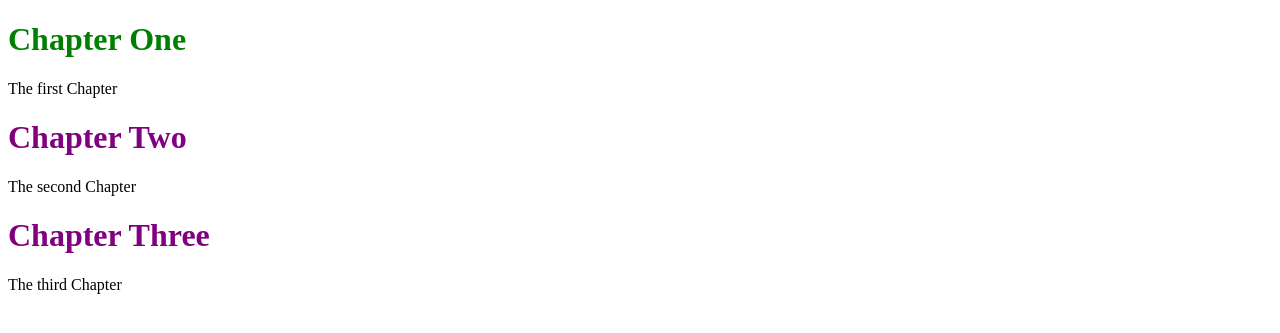
Repository: rajregmi98/metaintroductiontobackend
Page: i.html
An editor plug-in stored every save of this project. The page is shown before and after the next save, followed by the edit.
The browser window is 1280 px wide. The pictures show the whole page.

Above is the page before, as saved 2022-09-19 15:46:45.

After the next save:
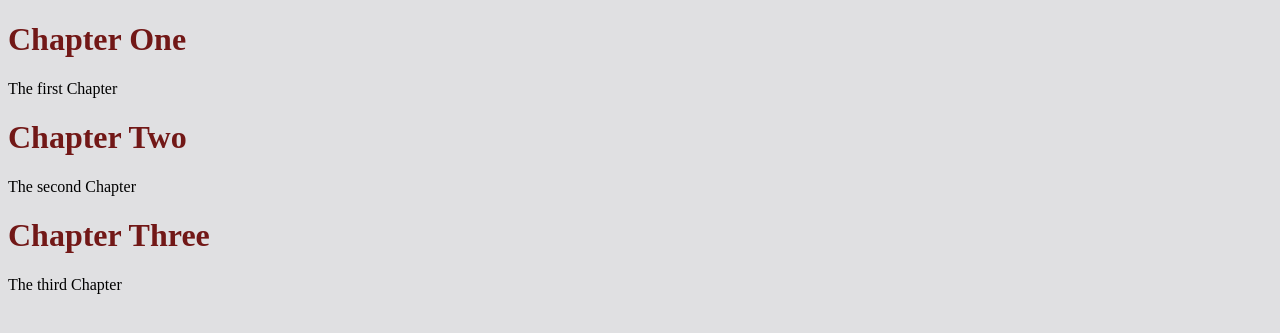
Saved 5 min 28 s later.
--- a/style.css
+++ b/style.css
@@ -1,9 +1,18 @@
+body{
+    background-color: #E0E0E2;
+}
 
 h1{
-    color: purple;
-
+    color: #721817;
 }
-
-#header{
-    color: green;
+h2{
+    color: #721817;
 }
+#center-text{
+    text-align: center;
+}
+.logo{
+    margin-right: auto;
+    margin-right: auto;
+    display: block;
+}
